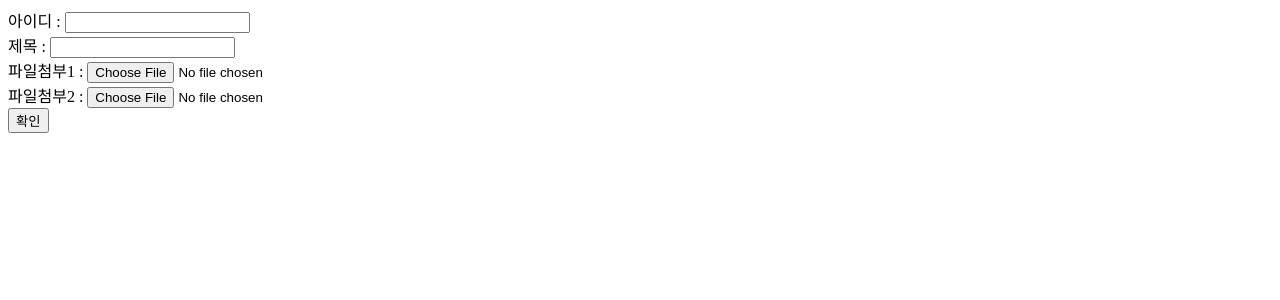
Repository: fepanbr/bumblbug
Page: http://localhost/HelloWorld/uploadForm.jsp
These files come from the project's save history. The page is drawn as it stood at one moment and after the next save; the edit follows.
The browser window is 1280 px wide. The pictures show the whole page.
The page is served by Tomcat 9.

Above is the page before, as saved 2019-05-28 04:39:23.

### HelloWorld/WebContent/uploadForm.jsp
<%@ page language="java" contentType="text/html; charset=UTF-8"
    pageEncoding="UTF-8"%>
<!DOCTYPE html>
<html>
<head>
<meta charset="UTF-8">
<title>Insert title here</title>
</head>
<body>
<form action="upload.jsp" method="post" enctype="multipart/form-data">
		아이디 : <input type="text" name="id"><br>
		제목 : <input type="text" name="subject"><br>
		파일첨부1 : <input type="file" name="file"><br>
		파일첨부2 : <input type="file" name="file2"><br>
		<input type="submit" value="확인">
	</form>

</body>
</html>

After the next save:
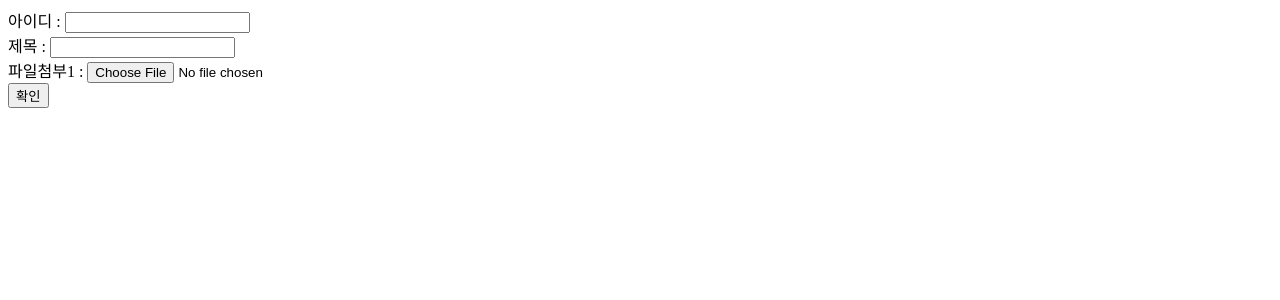
Saved 5 s later.
--- a/HelloWorld/WebContent/uploadForm.jsp
+++ b/HelloWorld/WebContent/uploadForm.jsp
@@ -11,7 +11,6 @@
 		아이디 : <input type="text" name="id"><br>
 		제목 : <input type="text" name="subject"><br>
 		파일첨부1 : <input type="file" name="file"><br>
-		파일첨부2 : <input type="file" name="file2"><br>
 		<input type="submit" value="확인">
 	</form>
 
